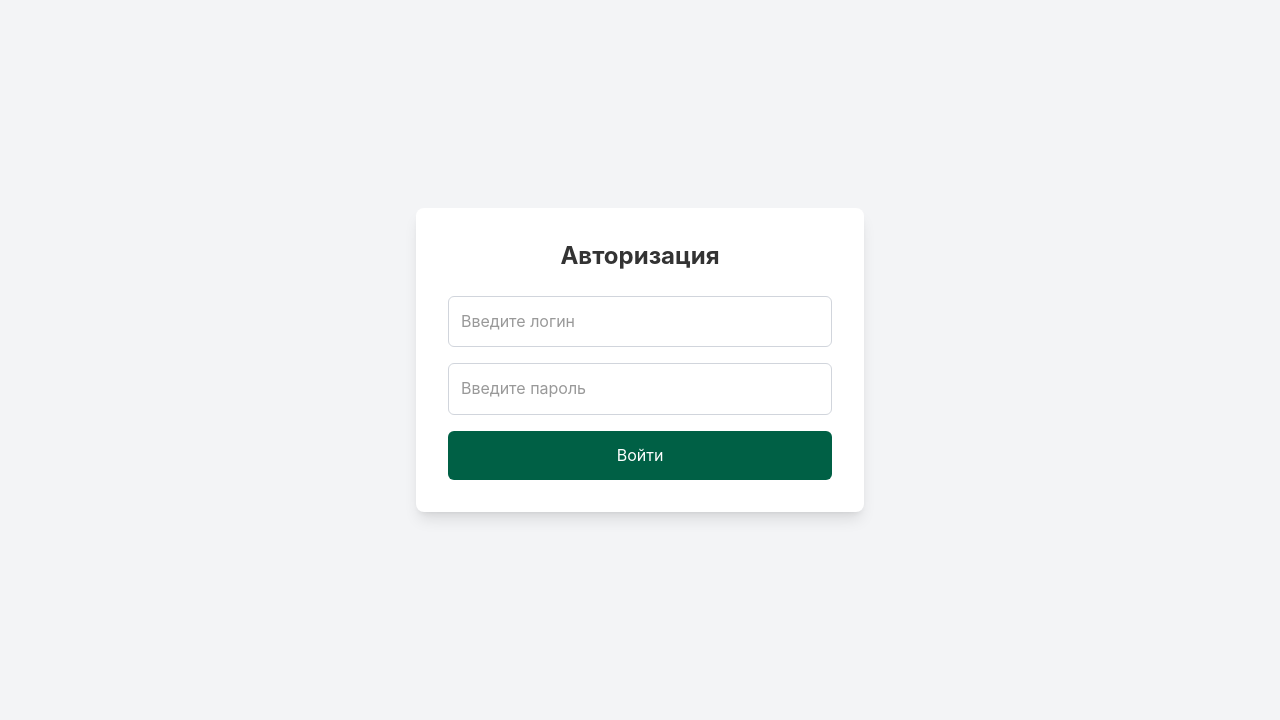
Repository: vladzap2423/delo-frontend
Page: /login
These files come from the project's save history. The page is drawn as it stood at one moment and after a run of saves; the edit follows.
The browser window is 1280 px wide. The pictures show the whole page.
The project was rebuilt for these pictures with package versions that can differ from the ones it lists, and the page was loaded fresh each time. The framework's server and built-in components were replaced by stand-ins that run in the browser. Also part of the build but not shown: next.config.ts.

Above is the page before, as saved 2025-09-11 13:16:19.

After the next 2 saves:
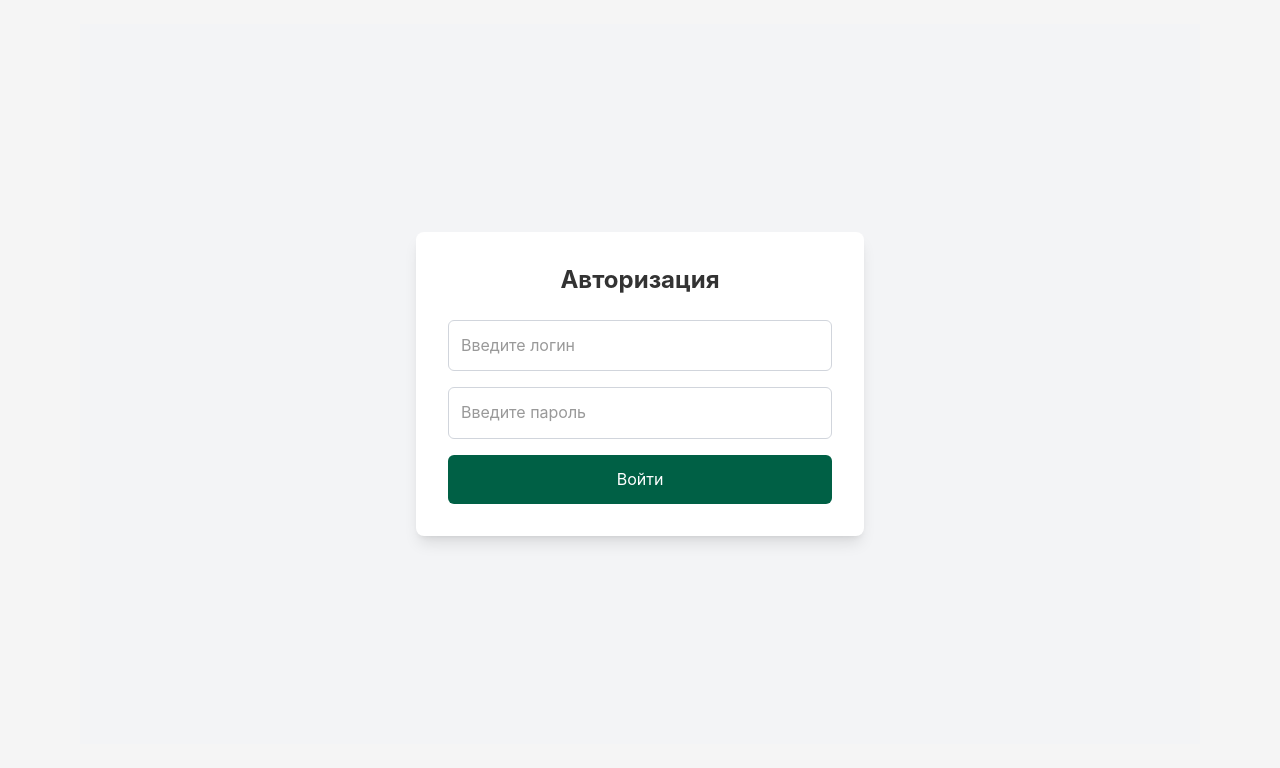
The 2 saves are shown as one change because they came seconds apart.
The last was saved 8 s later.
--- a/src/app/layout.tsx
+++ b/src/app/layout.tsx
@@ -25,7 +25,7 @@ export default function RootLayout({
   return (
     <html lang="en">
       <body className={`${geistSans.variable} ${geistMono.variable} antialiased`}>
-        <div>
+        <div className="max-w-6xl mx-auto px-4 py-6">
           {children}
         </div>
       </body>
